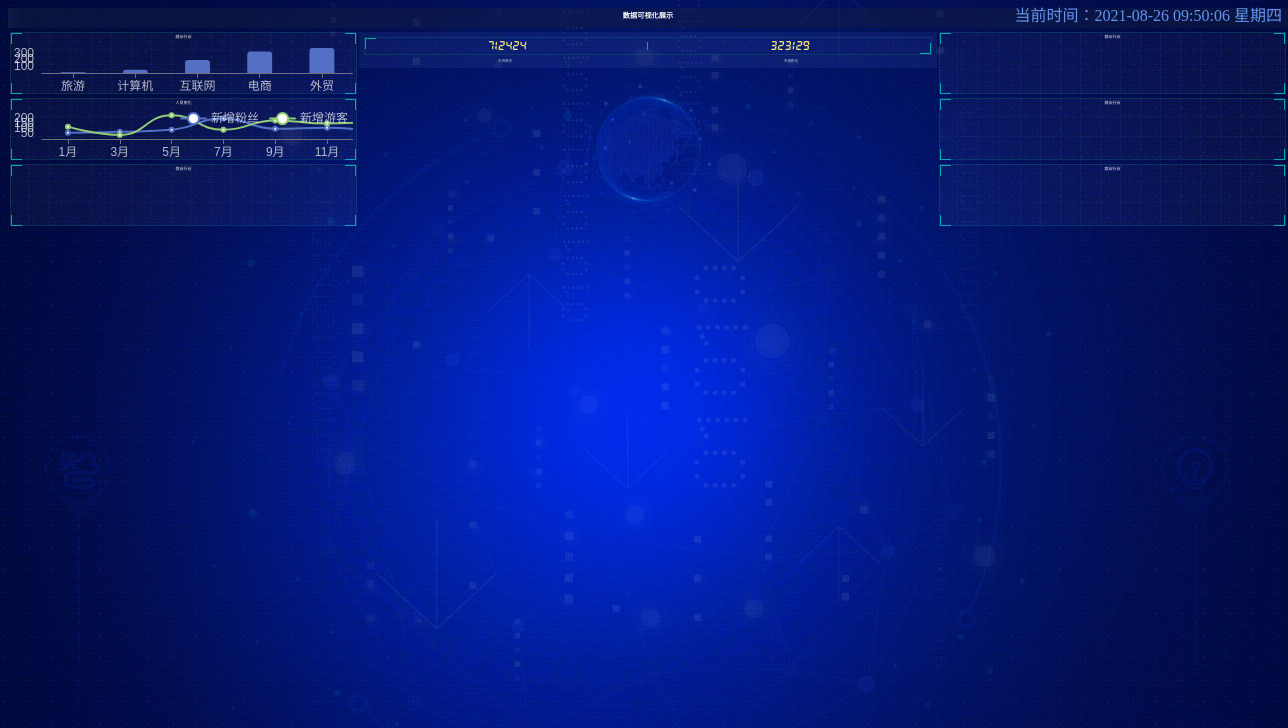
Repository: jiang-1990/DataVM
Page: /
The author's editor kept a copy of each file at every save. The page is drawn from the files as they stood at one save, then again after the next save.
The browser window is 1280 px wide. The page is 1288 px wide, so the pictures cover 1288 px, including what lies to the right of the window. The pictures show the whole page.
The project was rebuilt for these pictures with package versions that can differ from the ones it lists, and the page was loaded fresh each time.

Above is the page before, as saved 2021-08-27 14:03:02.

After the next save:
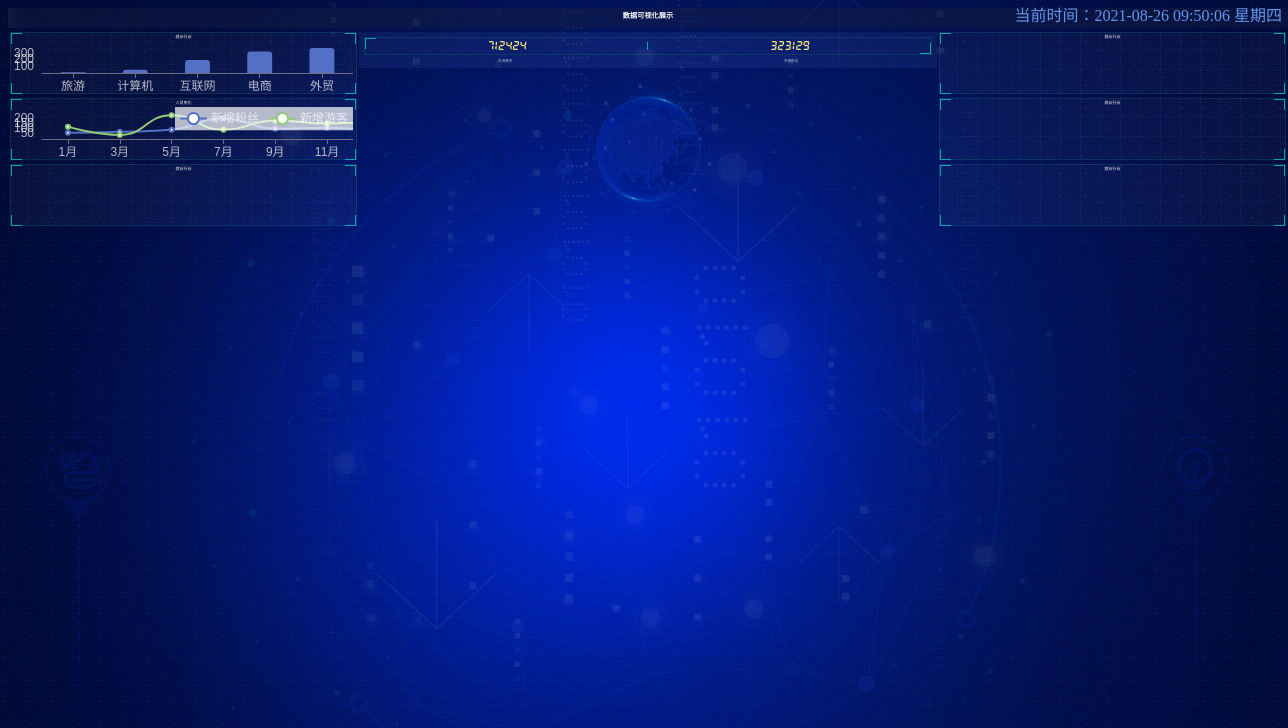
Saved 88 s later.
--- a/src/components/bigScreen.vue
+++ b/src/components/bigScreen.vue
@@ -202,7 +202,8 @@
           textStyle:{
             color:"rgba(255,255,255, 0.7)",
             fontSize:"12",
-          }
+          },
+          backgroundColor:"rgba(255,255,255, 0.7)",
         },
         grid: {
           left: "0%",

After the save that followed:
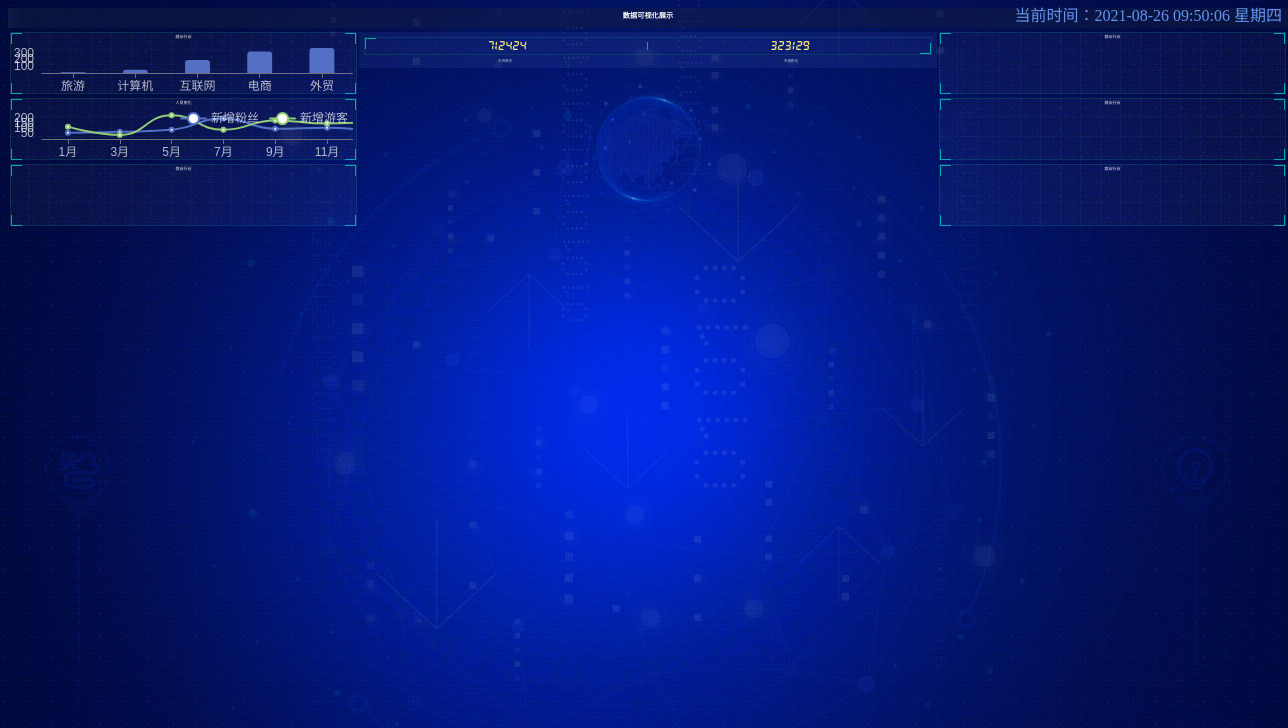
Saved 17 s later.
--- a/src/components/bigScreen.vue
+++ b/src/components/bigScreen.vue
@@ -203,7 +203,6 @@
             color:"rgba(255,255,255, 0.7)",
             fontSize:"12",
           },
-          backgroundColor:"rgba(255,255,255, 0.7)",
         },
         grid: {
           left: "0%",
